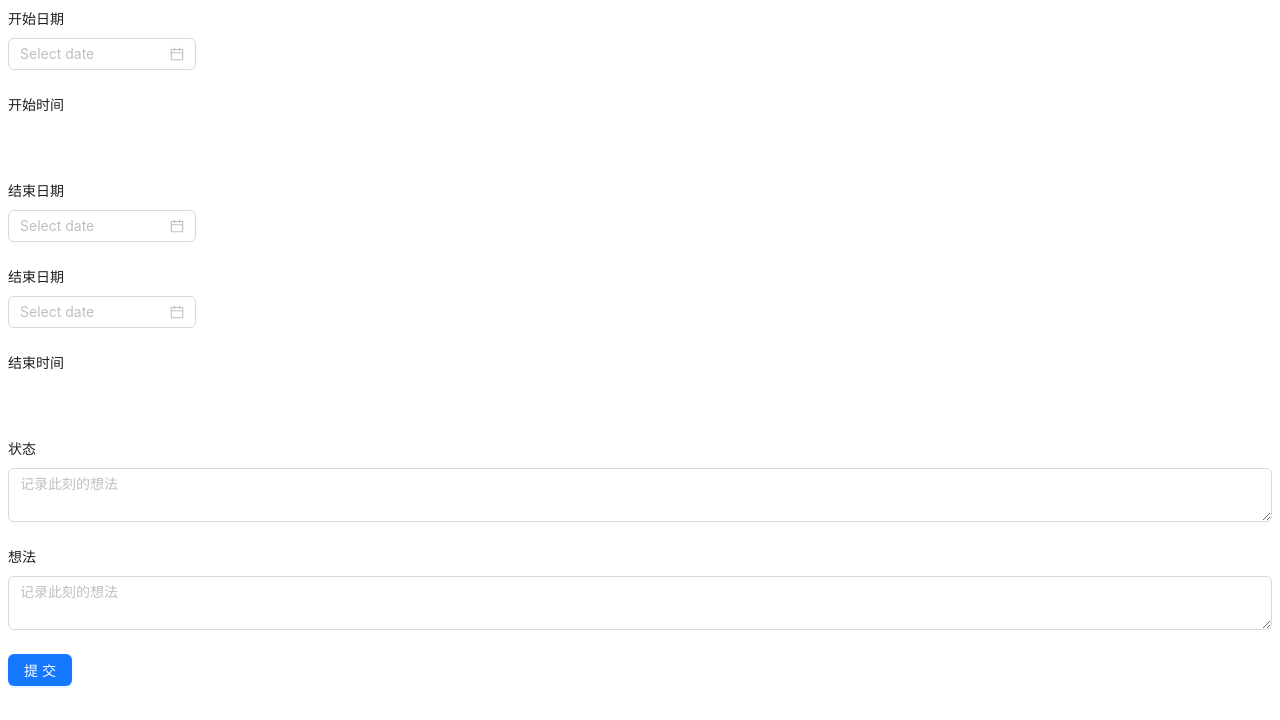
Repository: wujieli0207/time-value-app
Page: /
These files come from the project's save history. The page is drawn as it stood at one moment and after the next save; the edit follows.
The browser window is 1280 px wide. The pictures show the whole page.
The project was rebuilt for these pictures with package versions that can differ from the ones it lists, and the page was loaded fresh each time. Also part of the build but not shown: vite.config.ts.

Above is the page before, as saved 2024-01-29 10:50:32.

### src/App.tsx
import { Button, Form, Input, DatePicker } from 'antd'
import { useMemo, useState } from 'react'
import { generateTimesGap } from '@/utils'
import { ITimeInterface } from '#/time'

interface IFormItemShow {
  startDate: boolean
  startTime: boolean
  endDate: boolean
  endTime: boolean
}

interface FieldType
  extends Pick<ITimeInterface, 'catagoryId' | 'description' | 'status'> {
  startDate: string
  startTime: string
  endDate: string
  endTime: string
}

function App() {
  const [isFormItemShow, setIsFormItemShow] = useState({
    startDate: false,
    startTime: false,
    endDate: false,
    endTime: false,
  })

  const timeRange = useMemo(() => {
    return generateTimesGap()
  }, [])

  const handleToggleFormItemShow = (key: keyof IFormItemShow) => {
    setIsFormItemShow((prevState) => ({
      ...prevState,
      [key]: !isFormItemShow[key],
    }))
  }

  return (
    <>
      <Form layout="vertical">
        <Form.Item<FieldType> name="startDate" label="开始日期">
          <DatePicker />
        </Form.Item>
        <Form.Item<FieldType> name="startTime" label="开始时间"></Form.Item>
        <Form.Item label="结束日期">
          <DatePicker />
        </Form.Item>
        <Form.Item<FieldType> name="endDate" label="结束日期">
          <DatePicker />
        </Form.Item>
        <Form.Item<FieldType> name="endTime" label="结束时间"></Form.Item>

        <Form.Item<FieldType> name="status" label="状态">
          <Input.TextArea placeholder="记录此刻的想法" />
        </Form.Item>

        <Form.Item<FieldType> name="description" label="想法">
          <Input.TextArea placeholder="记录此刻的想法" />
        </Form.Item>
      </Form>

      <Button type="primary">提交</Button>
    </>
  )
}

export default App

### src/utils/index.ts
export { dateFormat, generateTimesGap } from './date'

### src/utils/date.ts
import dayjs, { ConfigType } from 'dayjs'
import { DateFormatEnum } from '@/enums/global'

/**
 * @description 日期格式化
 */
export function dateFormat(
  date: ConfigType,
  fmt = DateFormatEnum.DATE
): string {
  if (date) {
    const result = dayjs(date).format(fmt)
    return result === 'Invalid date' ? '' : result
  }

  return ''
}

/**
 * @description 按照每 15 分钟到间隔，生成时间选择列表
 */
export function generateTimesGap(): Array<Record<'label' | 'value', string>> {
  const times = []
  for (let i = 0; i < 24; i++) {
    for (let j = 0; j < 60; j += 15) {
      const date = new Date()
      date.setHours(i, j)
      const isPM = i >= 12
      const hour = isPM ? i - 12 : i
      const minute = j < 10 ? '0' + j : j
      const label = `${isPM ? '下午' : '上午'} ` + hour + ':' + minute
      times.push({
        label: label,
        value: dateFormat(date, DateFormatEnum.MINUTE),
      })
    }
  }
  return times
}

### src/enums/global.ts
export enum ThemeEnum {
  SYSTEM = 'system', // 跟随系统
  LIGHT = 'light',
  DARK = 'dark',
}

export enum LanguageEnum {
  ZH_CN = 'zh-CN',
  EN_US = 'en-US',
}

export enum DateFormatEnum {
  DATE = 'YYYY-MM-DD',
  DATE_TIME = 'YYYY-MM-DD HH:mm:ss',
  DATE_MINUTE = 'YYYY-MM-DD HH:mm',
  MINUTE = 'HH:mm',
}

Loaded but not shown: index.html (common file); src/main.tsx (common file)

After the next save:
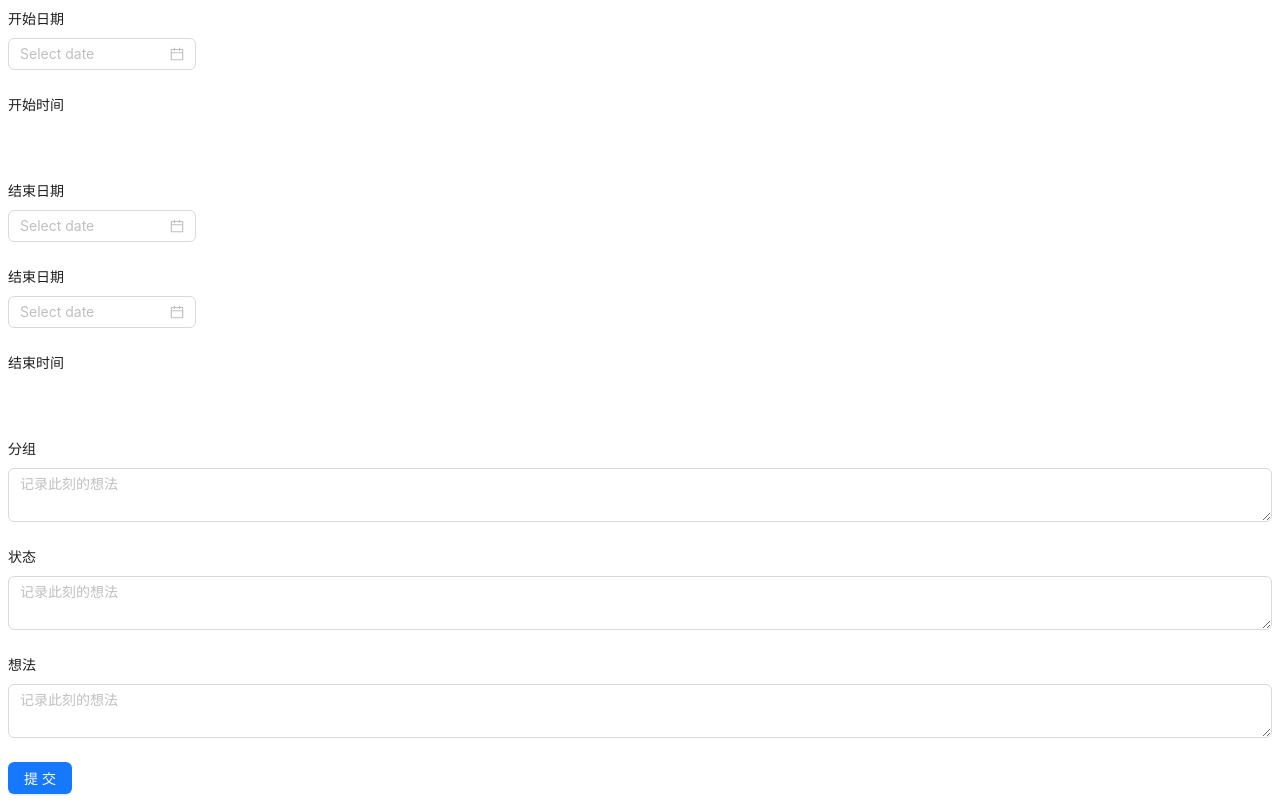
Saved 21 s later.
--- a/src/App.tsx
+++ b/src/App.tsx
@@ -52,6 +52,10 @@ function App() {
         </Form.Item>
         <Form.Item<FieldType> name="endTime" label="结束时间"></Form.Item>
 
+        <Form.Item<FieldType> name="catagoryId" label="分组">
+          <Input.TextArea placeholder="记录此刻的想法" />
+        </Form.Item>
+
         <Form.Item<FieldType> name="status" label="状态">
           <Input.TextArea placeholder="记录此刻的想法" />
         </Form.Item>
